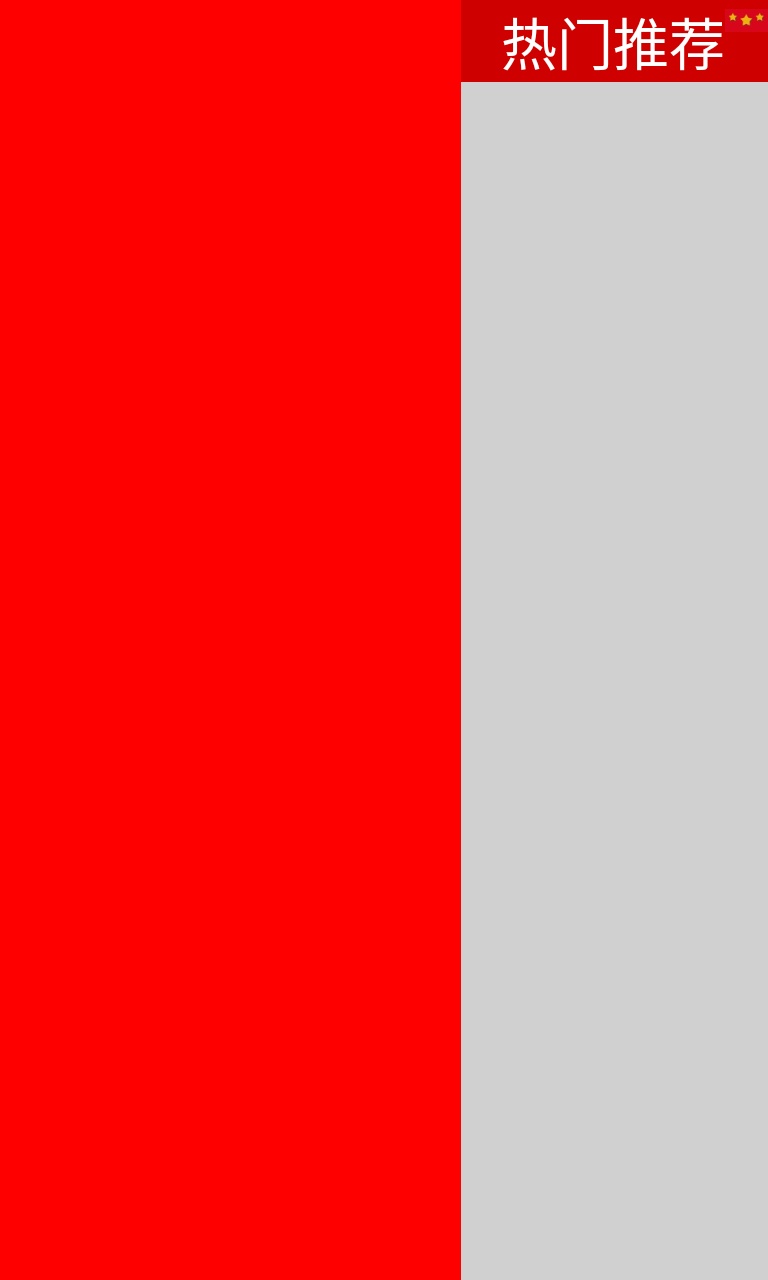
Repository: hhxiaojQCS/QCS_ListView
Layout: QCS/res/layout/activity_filter.xml
An editor plug-in stored every save of this project. The layout is shown before and after the next save, followed by the edit.
It is drawn on a 768 x 1280 px phone screen (xhdpi) without system bars, with theme AppTheme; the app's code is not run. Lists and similar views that code fills are empty.

Above is the layout before, as saved 2013-08-07 07:58:10.

### QCS/res/layout/activity_filter.xml
<?xml version="1.0" encoding="utf-8"?>
<LinearLayout xmlns:android="http://schemas.android.com/apk/res/android"
    android:id="@+id/lilay01"
    android:layout_width="fill_parent"
    android:layout_height="fill_parent"
    android:background="#d0d0d0"
    android:orientation="horizontal" >

    <LinearLayout
        android:id="@+id/lilay_filter_01"
        android:layout_width="match_parent"
        android:layout_height="match_parent"
        android:layout_weight="4"
        android:background="#FF0000"
        android:orientation="vertical" >
    </LinearLayout>

    <LinearLayout
        android:id="@+id/lilay_filter_02"
        android:layout_width="match_parent"
        android:layout_height="match_parent"
        android:layout_weight="6"
        android:orientation="vertical" >

        <LinearLayout
            android:layout_width="fill_parent"
            android:layout_height="wrap_content"
            android:background="#CE0000"
            android:gravity="left"
            android:orientation="horizontal"
            android:paddingLeft="20dip" >

            <TextView
                android:id="@+id/tv_01"
                android:layout_width="wrap_content"
                android:layout_height="wrap_content"
                android:text="热门推荐"
                android:textColor="#FFFFFF"
                android:textSize="28sp" />

            <ImageView
                android:id="@+id/imgv01"
                android:layout_width="wrap_content"
                android:layout_height="wrap_content"
                android:src="@drawable/xx" />
        </LinearLayout>

        <ListView
            android:id="@+id/lv01"
            android:layout_width="wrap_content"
            android:layout_height="wrap_content" />
    </LinearLayout>

</LinearLayout>

Loaded but not shown: QCS/res/values/styles.xml (common file); QCS/res/values-v11/styles.xml (common file); QCS/res/values-v14/styles.xml (common file)

After the next save:
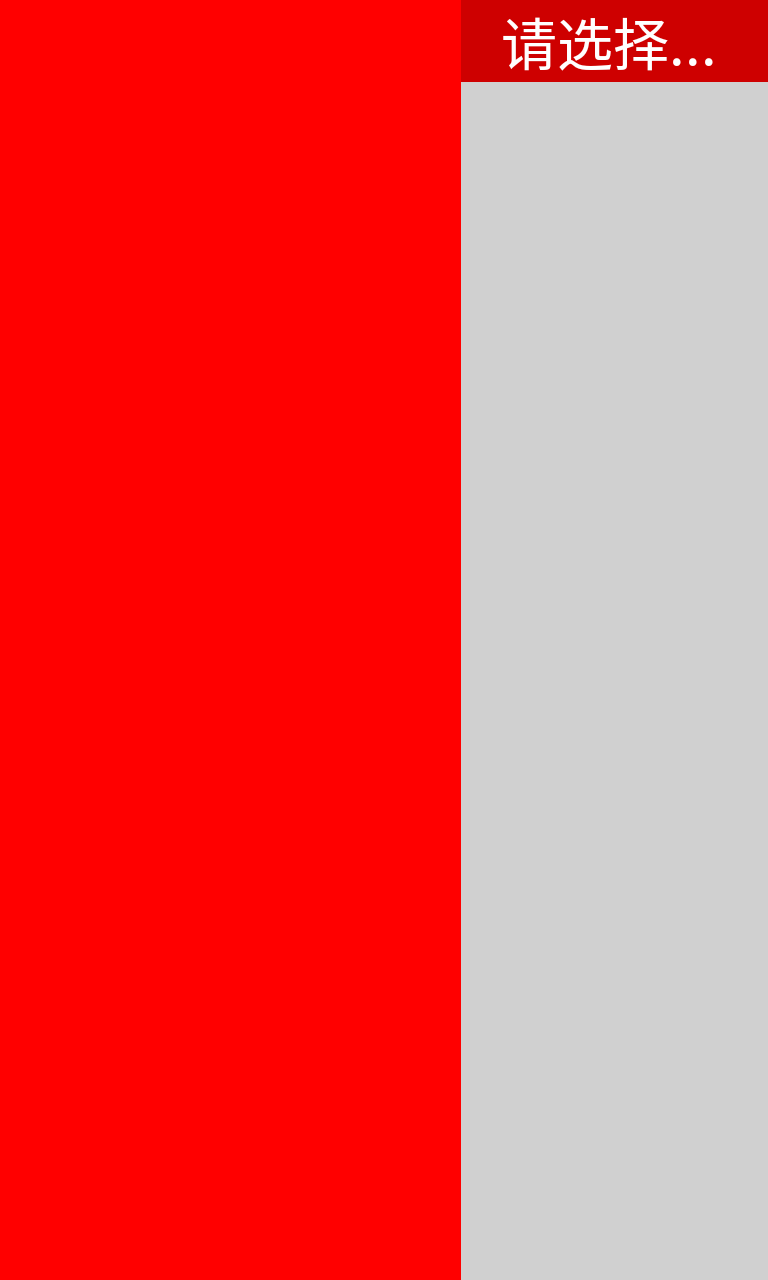
Saved 2 min 59 s later.
--- a/QCS/res/layout/activity_filter.xml
+++ b/QCS/res/layout/activity_filter.xml
@@ -34,15 +34,15 @@
                 android:id="@+id/tv_01"
                 android:layout_width="wrap_content"
                 android:layout_height="wrap_content"
-                android:text="热门推荐"
+                android:text="请选择..."
                 android:textColor="#FFFFFF"
                 android:textSize="28sp" />
 
-            <ImageView
-                android:id="@+id/imgv01"
+            <View
+
                 android:layout_width="wrap_content"
-                android:layout_height="wrap_content"
-                android:src="@drawable/xx" />
+                android:layout_height="1dp"
+                 />
         </LinearLayout>
 
         <ListView
